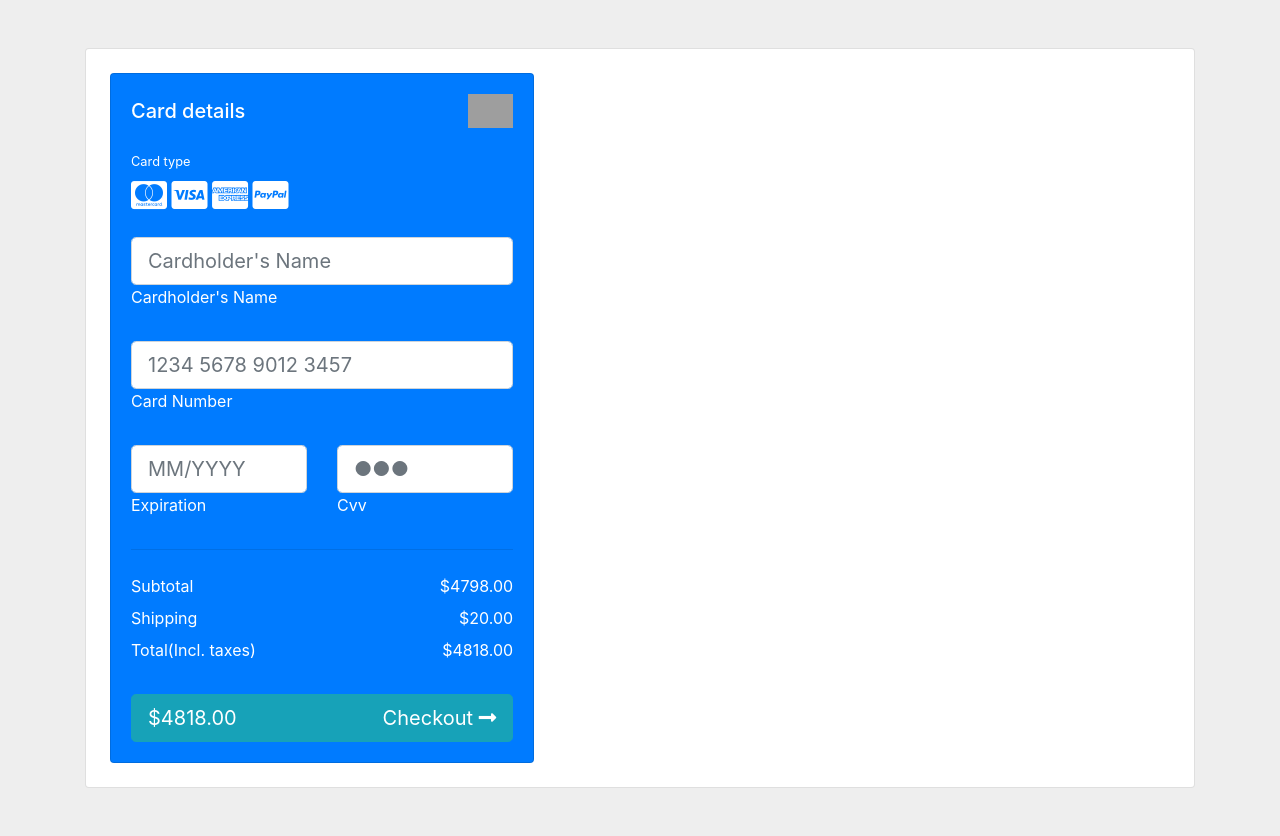
Repository: debjaniprofessional32/Capstone-Final-FoodBox-Delivery-Project
Page: http://localhost/OnlinFoodBOX/testdesign.jsp
An editor plug-in stored every save of this project. The page is shown before and after the next save, followed by the edit.
The browser window is 1280 px wide. The pictures show the whole page.
Pictures or frames that could not be fetched are drawn as grey boxes. Some web libraries are served in a nearby version. The page is served by Tomcat 9. Other server files are loaded and not shown.

Above is the page before, as saved 2022-12-21 13:57:59.

### OnlinFoodBOX/src/main/webapp/testdesign.jsp
<%@ page language="java" contentType="text/html; charset=ISO-8859-1"
    pageEncoding="ISO-8859-1"%>
<!DOCTYPE html>
<html>
<head>
<meta charset="ISO-8859-1">
<title>Insert title here</title>
<%@include file="all_Component/allCss.jsp"%>
<link rel="stylesheet" href="all_Component/style.css">
</head>
<body>
<section class="h-100 h-custom" style="background-color: #eee;">
  <div class="container py-5 h-100">
    <div class="row d-flex justify-content-center align-items-center h-100">
      <div class="col">
        <div class="card">
          <div class="card-body p-4">

            <div class="row">

              <div class="col-lg-5">

                <div class="card bg-primary text-white rounded-3">
                  <div class="card-body">
                    <div class="d-flex justify-content-between align-items-center mb-4">
                      <h5 class="mb-0">Card details</h5>
                      <img src="https://mdbcdn.b-cdn.net/img/Photos/Avatars/avatar-6.webp"
                        class="img-fluid rounded-3" style="width: 45px;" alt="Avatar">
                    </div>

                    <p class="small mb-2">Card type</p>
                    <a href="#!" type="submit" class="text-white"><i
                        class="fab fa-cc-mastercard fa-2x me-2"></i></a>
                    <a href="#!" type="submit" class="text-white"><i
                        class="fab fa-cc-visa fa-2x me-2"></i></a>
                    <a href="#!" type="submit" class="text-white"><i
                        class="fab fa-cc-amex fa-2x me-2"></i></a>
                    <a href="#!" type="submit" class="text-white"><i class="fab fa-cc-paypal fa-2x"></i></a>

                    <form class="mt-4">
                      <div class="form-outline form-white mb-4">
                        <input type="text" id="typeName" class="form-control form-control-lg" siez="17"
                          placeholder="Cardholder's Name" />
                        <label class="form-label" for="typeName">Cardholder's Name</label>
                      </div>

                      <div class="form-outline form-white mb-4">
                        <input type="text" id="typeText" class="form-control form-control-lg" siez="17"
                          placeholder="1234 5678 9012 3457" minlength="19" maxlength="19" />
                        <label class="form-label" for="typeText">Card Number</label>
                      </div>

                      <div class="row mb-4">
                        <div class="col-md-6">
                          <div class="form-outline form-white">
                            <input type="text" id="typeExp" class="form-control form-control-lg"
                              placeholder="MM/YYYY" size="7" id="exp" minlength="7" maxlength="7" />
                            <label class="form-label" for="typeExp">Expiration</label>
                          </div>
                        </div>
                        <div class="col-md-6">
                          <div class="form-outline form-white">
                            <input type="password" id="typeText" class="form-control form-control-lg"
                              placeholder="&#9679;&#9679;&#9679;" size="1" minlength="3" maxlength="3" />
                            <label class="form-label" for="typeText">Cvv</label>
                          </div>
                        </div>
                      </div>

                    </form>

                    <hr class="my-4">

                    <div class="d-flex justify-content-between">
                      <p class="mb-2">Subtotal</p>
                      <p class="mb-2">$4798.00</p>
                    </div>

                    <div class="d-flex justify-content-between">
                      <p class="mb-2">Shipping</p>
                      <p class="mb-2">$20.00</p>
                    </div>

                    <div class="d-flex justify-content-between mb-4">
                      <p class="mb-2">Total(Incl. taxes)</p>
                      <p class="mb-2">$4818.00</p>
                    </div>

                    <button type="button" class="btn btn-info btn-block btn-lg">
                      <div class="d-flex justify-content-between">
                        <span>$4818.00</span>
                        <span>Checkout <i class="fas fa-long-arrow-alt-right ms-2"></i></span>
                      </div>
                    </button>

                  </div>
                </div>

              </div>

            </div>

          </div>
        </div>
      </div>
    </div>
  </div>
</section>
</body>
</html>

### OnlinFoodBOX/src/main/webapp/all_Component/allCss.jsp
<link rel="stylesheet"
	href="https://cdn.jsdelivr.net/npm/bootstrap@4.0.0/dist/css/bootstrap.min.css"
	integrity="sha384-Gn5384xqQ1aoWXA+058RXPxPg6fy4IWvTNh0E263XmFcJlSAwiGgFAW/dAiS6JXm"
	crossorigin="anonymous">
<script src="https://code.jquery.com/jquery-3.2.1.slim.min.js"
	integrity="sha384-KJ3o2DKtIkvYIK3UENzmM7KCkRr/rE9/Qpg6aAZGJwFDMVNA/GpGFF93hXpG5KkN"
	crossorigin="anonymous"></script>
<script
	src="https://cdn.jsdelivr.net/npm/popper.js@1.12.9/dist/umd/popper.min.js"
	integrity="sha384-ApNbgh9B+Y1QKtv3Rn7W3mgPxhU9K/ScQsAP7hUibX39j7fakFPskvXusvfa0b4Q"
	crossorigin="anonymous"></script>
<script
	src="https://cdn.jsdelivr.net/npm/bootstrap@4.0.0/dist/js/bootstrap.min.js"
	integrity="sha384-JZR6Spejh4U02d8jOt6vLEHfe/JQGiRRSQQxSfFWpi1MquVdAyjUar5+76PVCmYl"
	crossorigin="anonymous"></script>
<link rel="stylesheet"
	href="https://cdnjs.cloudflare.com/ajax/libs/font-awesome/5.15.3/css/all.min.css"
	integrity="sha512-iBBXm8fW90+nuLcSKlbmrPcLa0OT92xO1BIsZ+ywDWZCvqsWgccV3gFoRBv0z+8dLJgyAHIhR35VZc2oM/gI1w=="
	crossorigin="anonymous" referrerpolicy="no-referrer" />

### OnlinFoodBOX/src/main/webapp/all_Component/style.css
 .navbar-nav active .nav-link:hover {

    background-color:#b2ff59;
    text-color:#000000;
    border-radius:10px;
}
.navbar-item:hover {


    text-color:#000000;

}

.carousel {
  width:auto;
  height:400px;
}

After the next save:
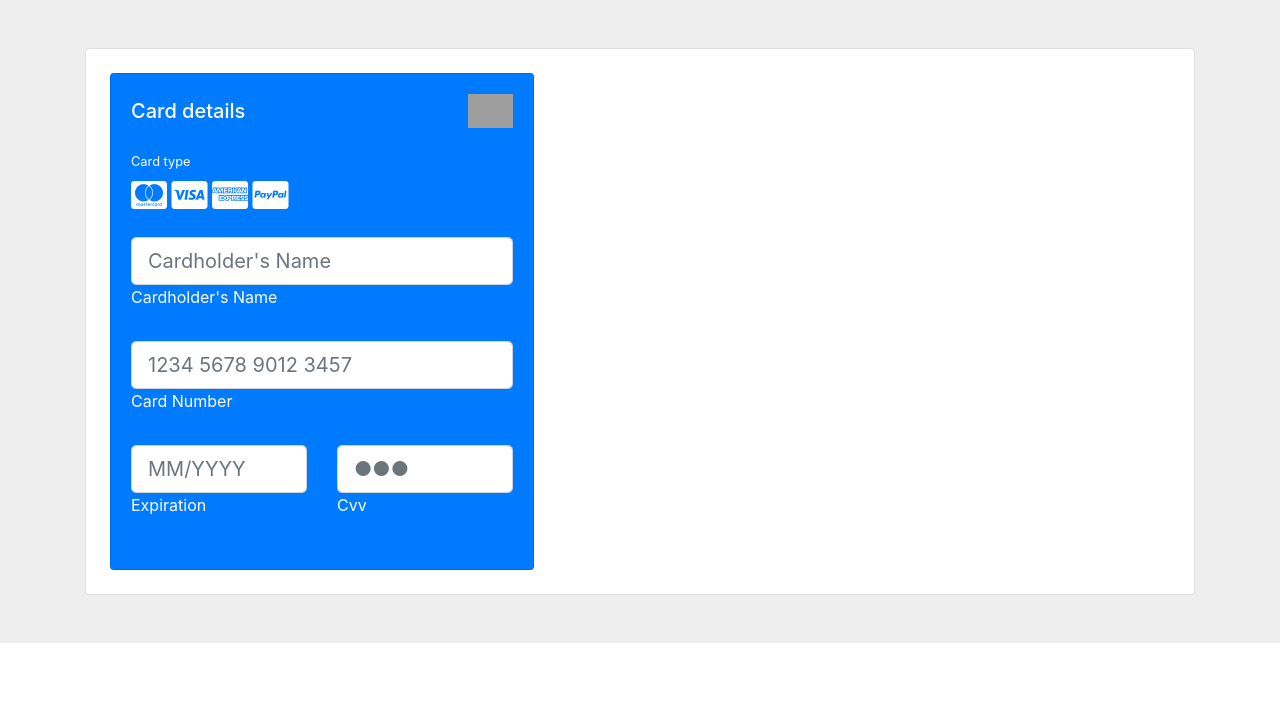
Saved 2 min 55 s later.
--- a/OnlinFoodBOX/src/main/webapp/testdesign.jsp
+++ b/OnlinFoodBOX/src/main/webapp/testdesign.jsp
@@ -69,29 +69,6 @@
 
                     </form>
 
-                    <hr class="my-4">
-
-                    <div class="d-flex justify-content-between">
-                      <p class="mb-2">Subtotal</p>
-                      <p class="mb-2">$4798.00</p>
-                    </div>
-
-                    <div class="d-flex justify-content-between">
-                      <p class="mb-2">Shipping</p>
-                      <p class="mb-2">$20.00</p>
-                    </div>
-
-                    <div class="d-flex justify-content-between mb-4">
-                      <p class="mb-2">Total(Incl. taxes)</p>
-                      <p class="mb-2">$4818.00</p>
-                    </div>
-
-                    <button type="button" class="btn btn-info btn-block btn-lg">
-                      <div class="d-flex justify-content-between">
-                        <span>$4818.00</span>
-                        <span>Checkout <i class="fas fa-long-arrow-alt-right ms-2"></i></span>
-                      </div>
-                    </button>
 
                   </div>
                 </div>
